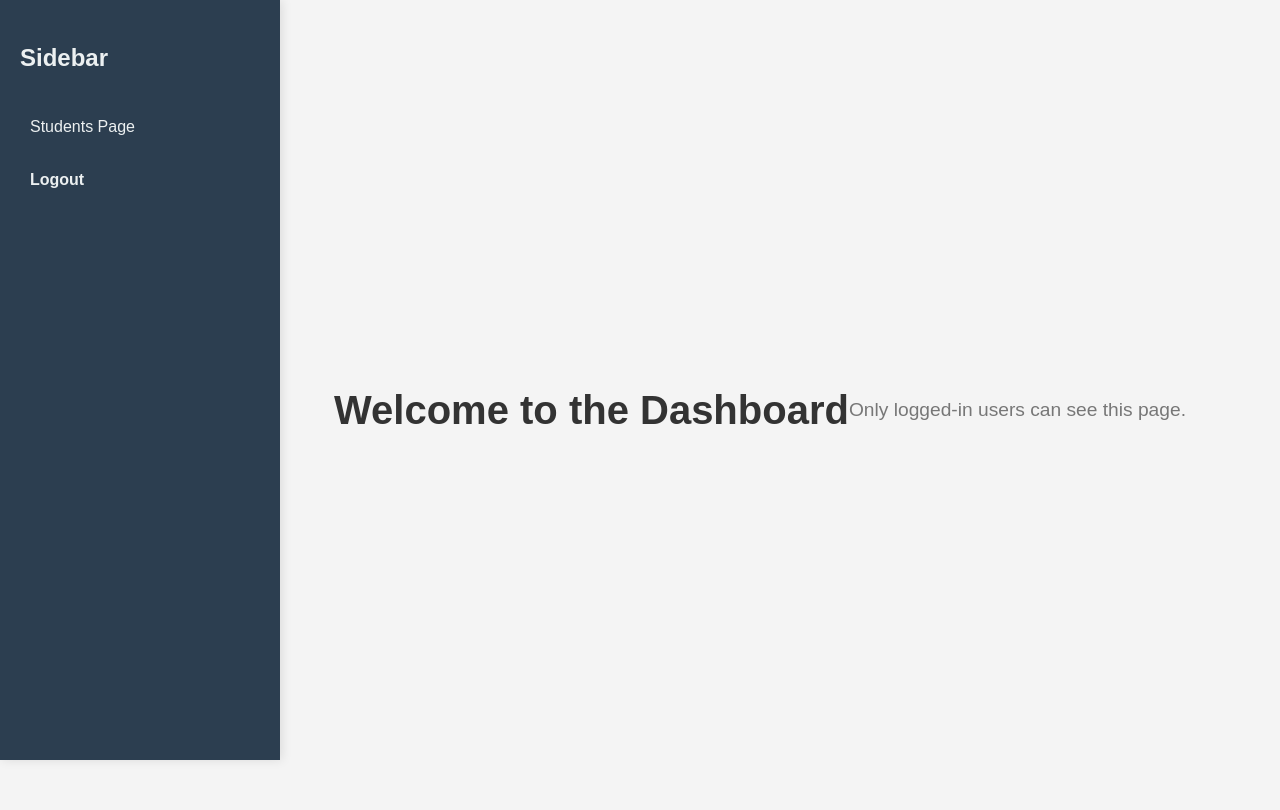
Repository: sharmisthak16/Student-Assignment
Page: /dashboard (app in my-project/)
An editor plug-in stored every save of this project. The page is shown before and after the next save, followed by the edit.
The browser window is 1280 px wide. The pictures show the whole page.
The project was rebuilt for these pictures with package versions that can differ from the ones it lists, and the page was loaded fresh each time. Also part of the build but not shown: my-project/vite.config.js, my-project/src/components/firebase.js, my-project/src/components/LoginForm.css, my-project/src/components/LoginForm.jsx, my-project/src/components/HomeButtons.css, my-project/src/components/HomeButtons.jsx, my-project/src/Pages/Home.jsx, my-project/src/components/StudentTable.css and 2 more.

Above is the page before, as saved 2025-01-30 23:09:56.

After the next save:
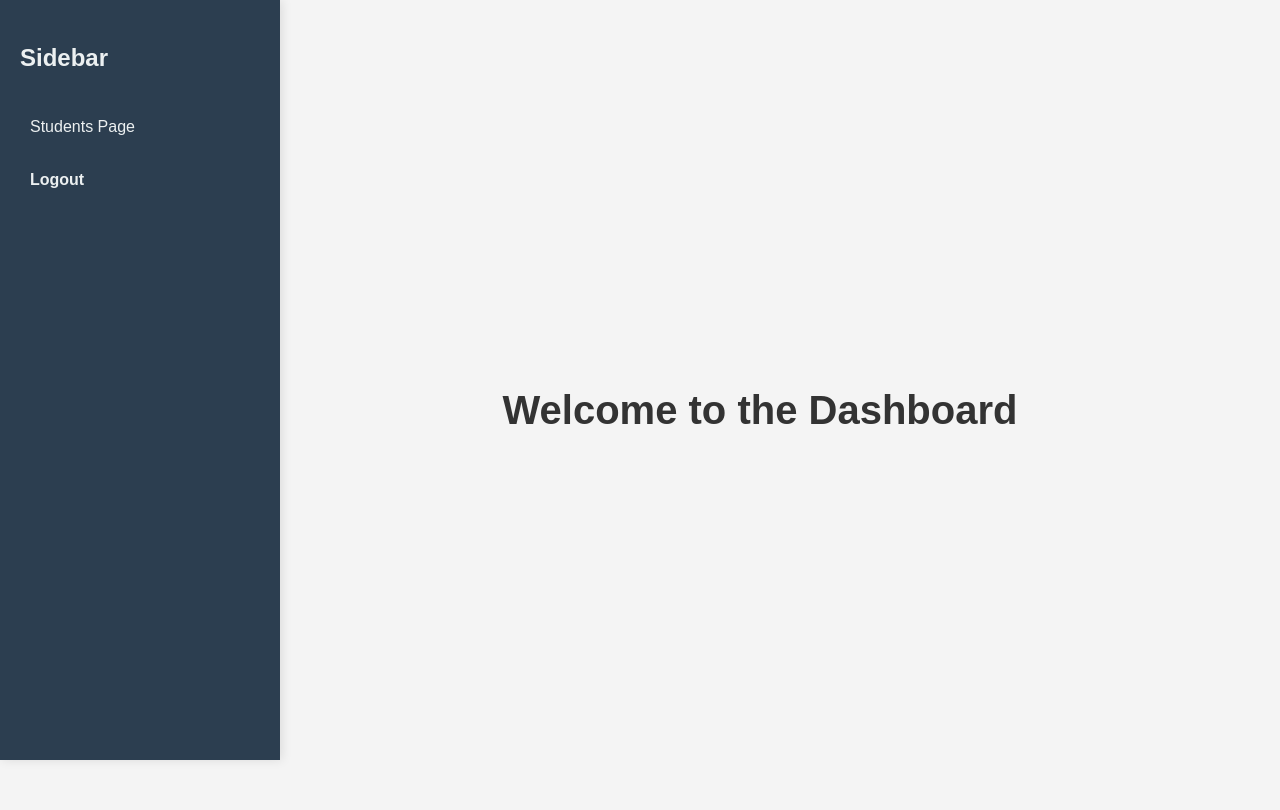
Saved 63 min 46 s later.
--- a/my-project/src/components/Dashboard.jsx
+++ b/my-project/src/components/Dashboard.jsx
@@ -28,7 +28,7 @@ const Dashboard = () => {
       </div>
       <div className="content">
         <h1>Welcome to the Dashboard</h1>
-        <p>Only logged-in users can see this page.</p>
+
       </div>
     </div>
   );
